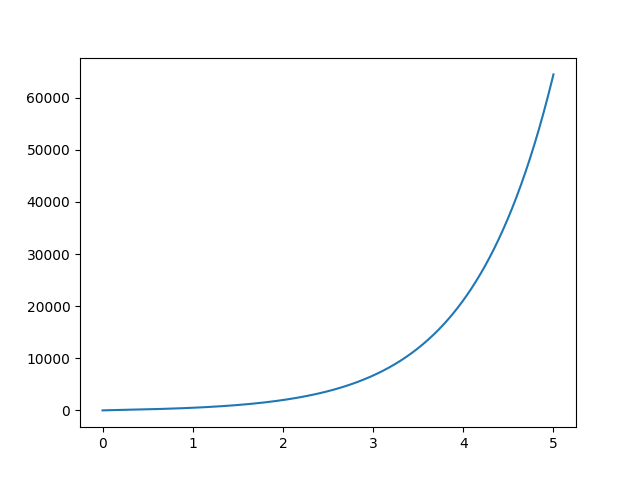
Repository: leiradom/Modified-linear-theory
Script's output: python functionf2.py
These files come from the project's save history. The script's output is drawn as it stood at one moment and after the next save; the edit follows.
Random numbers start from a fixed seed.

Above is the script's output before, as saved 2020-12-07 09:33:12.

After the next save:
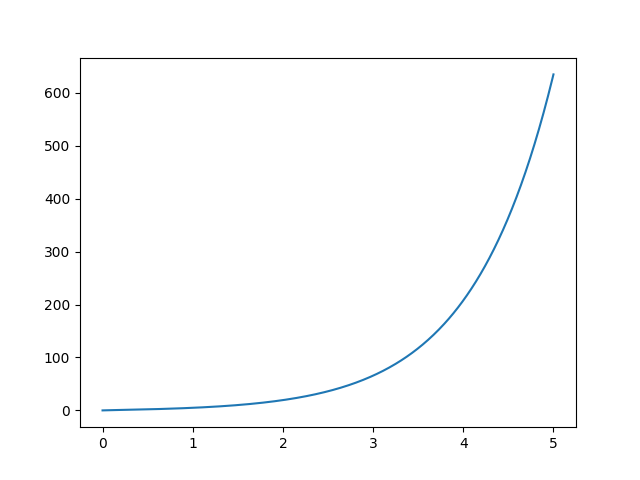
Saved 90 s later.
--- a/functionf2.py
+++ b/functionf2.py
@@ -45,7 +45,7 @@ for i in range(1,a):
     #内层积分，积到x
     s = 0
     for j in range(0,i-1):
-        s0 =((1 / math.sqrt(X[i]-X[j+1])) + (1 / math.sqrt(X[i]-X[j])) * (X[j + 1] - X[j]) / (2))
+        s0 =(((1 / math.sqrt(X[i]-X[j+1])) + (1 / math.sqrt(X[i]-X[j]))) * (X[j + 1] - X[j]) / (2))
         #s0 = (((Y0[j+1] + Y0[j]) * (X[j + 1] - X[j])) / (2))    #第(j+1)个梯形的面积
         s = s0 + s    #S为最后的积分
     #内层积分，积到x
